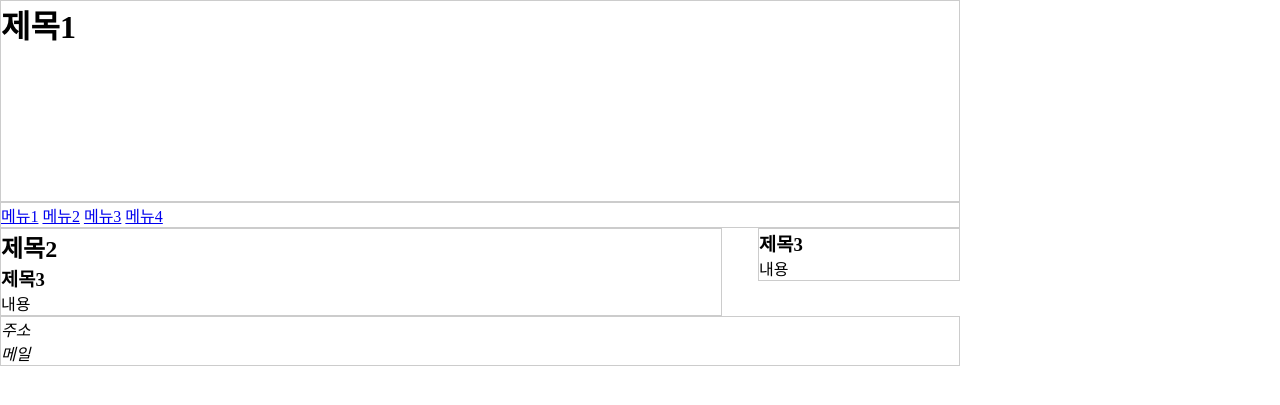
Repository: yeonddu/green_css
Page: web/pro01/songyeonsu/html5.html
An editor plug-in stored every save of this project. The page is shown before and after the next save, followed by the edit.
The browser window is 1280 px wide. The pictures show the whole page.

Above is the page before, as saved 2022-12-13 23:58:51.

### web/pro01/songyeonsu/html5.html
<!DOCTYPE html>
<html>
<head>
<meta charset="EUC-KR">
<title>Insert title here</title>
<style>
	* {
		margin:0;
		padding:0;
	}
	.container {
		position:absolute;
		width:960px;
		margin:0 auto;
	}
	header {
		position:relative;
		height:200px;
		border:1px solid #ccc;
	}
	nav {
		position:relative;
		border:1px solid #ccc;
	}
	section {
		position:relative;
		float:left;
		width:720px;
		border:1px solid #ccc;
	}
	aside {
		position:relative;
		float:right;
		width:200px;
		border:1px solid #ccc;
	}
	footer {
		clear:both;
		border:1px solid #ccc;
	}

	header h1 {
		position:absolute;
	}
	nav ul li {
		display:inline-block;

	}
	header, section, article, adside, footer {
		display:block;
	}
</style>
</head>
<body>
<div class="container">
	<header>
		<h1>제목1</h1>
	</header>
	<nav>
		<ul>
			<li><a href="#">메뉴1</a></li>
			<li><a href="#">메뉴2</a></li>
			<li><a href="#">메뉴3</a></li>
			<li><a href="#">메뉴4</a></li>
		</ul>
	</nav>
	<section>
		<h2>제목2</h2>
		<article>
			<h3>제목3</h3>
			<p>내용</p>
		</article>
	</section>
	<aside>
		<h3>제목3</h3>
		<p>내용</p>
	</aside>
	<footer>
		<address>
			<p>주소</p>
			<p>메일</p>
		</address>
	</footer>
</div>
</body>
</html>

After the next save:
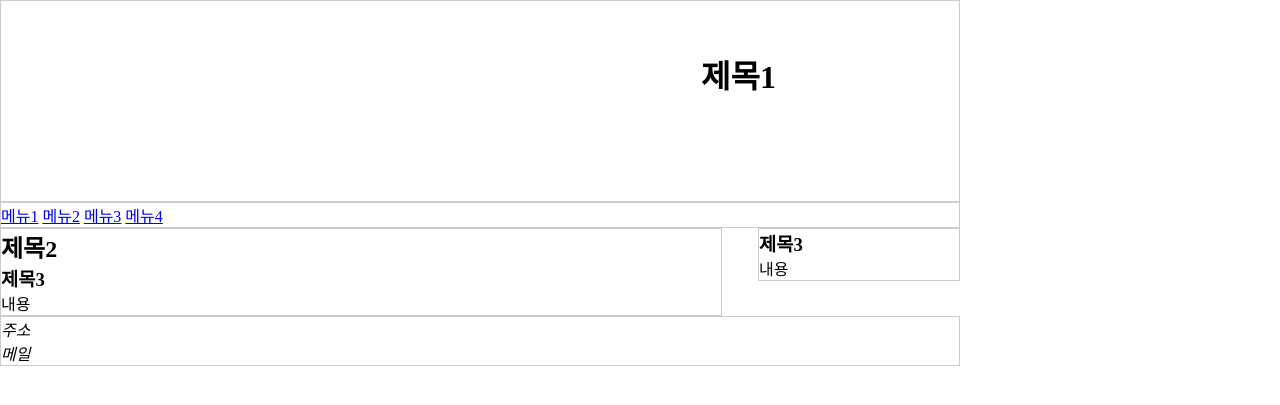
Saved 20 s later.
--- a/web/pro01/songyeonsu/html5.html
+++ b/web/pro01/songyeonsu/html5.html
@@ -41,6 +41,8 @@
 
 	header h1 {
 		position:absolute;
+		top:50px;
+		left:700px;
 	}
 	nav ul li {
 		display:inline-block;
